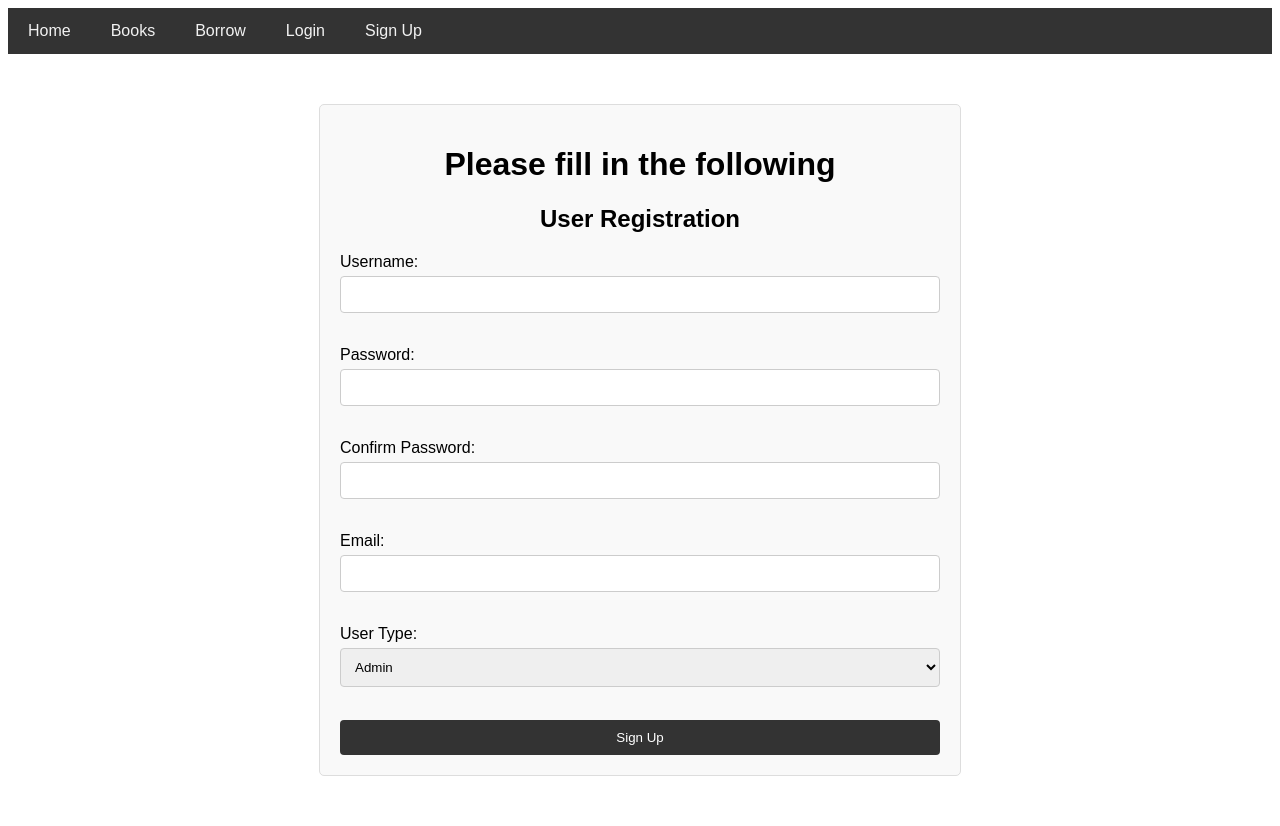
Repository: fadyesk12/Web-Technology-Course-Project
Page: auth/signup.html
These files come from the project's save history. The page is drawn as it stood at one moment and after a run of saves; the edit follows.
The browser window is 1280 px wide. The pictures show the whole page.

Above is the page before, as saved 2024-04-19 02:19:53.

### auth/signup.html
<!DOCTYPE html>
<html>
<head>
  <title>User Registration</title>
  <link rel="stylesheet" href="../Styling/signup.css">
</head>
<body>


  <div id="navbar">
    <a href="../index.html">Home</a>
    <a href="../book_list.html">Books</a>
    <a href="../borrow.html">Borrow</a>
    <a href="../auth/login.html">Login</a>
    <a href="../auth/signup.html">Sign Up</a>
  </div>

  <div class="container">
    <h1>Please fill in the following</h1>
    <h2>User Registration</h2>

    <form>
        <label for="username">Username:</label>
        <input type="text" id="username" name="username" required><br><br>

        <label for="password">Password:</label>
        <input type="password" id="password" name="password" required><br><br>

        <label for="confirmPassword">Confirm Password:</label>
        <input type="password" id="confirmPassword" name="confirmPassword" required><br><br>

        <label for="email">Email:</label>
        <input type="email" id="email" name="email" required><br><br>

        <label for="usertype">User Type:</label>
        <select id="usertype" name="usertype" required>
            <option value="admin">Admin</option>
            <option value="user">User</option>
        </select><br><br>

        <input type="submit" value="Sign Up">
    </form>
  </div>
</body>
</html>

### Styling/signup.css
#navbar {
    overflow: hidden;
    background-color: #333;
  }

  #navbar a {
    float: left;
    display: block;
    color: #f2f2f2;
    text-align: center;
    padding: 14px 20px;
    text-decoration: none;
  }

  #navbar a:hover {
    background-color: #ddd;
    color: black;
  }

  body {
    font-family: Arial, sans-serif;
  }

  .container {
    max-width: 600px;
    margin: 50px auto;
    padding: 20px;
    border: 1px solid #ddd;
    border-radius: 5px;
    background-color: #f9f9f9;
  }

  h1, h2 {
    text-align: center;
  }

  form {
    margin-top: 20px;
  }

  label {
    display: block;
    margin-bottom: 5px;
  }

  input[type="text"],
  input[type="password"],
  input[type="email"],
  select {
    width: 100%;
    padding: 10px;
    margin-bottom: 15px;
    border: 1px solid #ccc;
    border-radius: 4px;
    box-sizing: border-box;
  }

  input[type="submit"] {
    width: 100%;
    background-color: #333;
    color: #fff;
    padding: 10px;
    border: none;
    border-radius: 4px;
    cursor: pointer;
  }

  input[type="submit"]:hover {
    background-color: #555;
  }

After the next 2 saves:
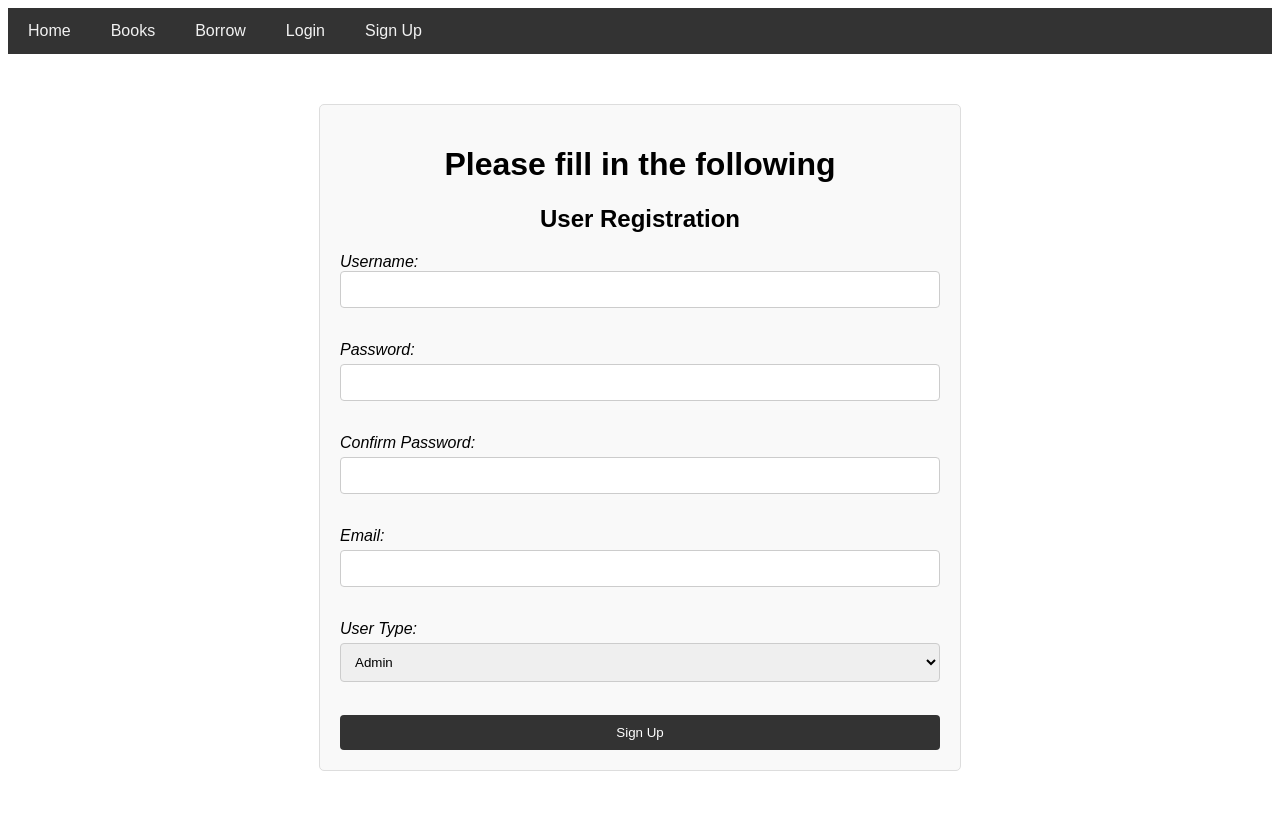
The 2 saves are shown as one change because they came seconds apart.
The last was saved 47 s later.
--- a/auth/signup.html
+++ b/auth/signup.html
@@ -20,6 +20,7 @@
     <h2>User Registration</h2>
 
     <form>
+      <i
         <label for="username">Username:</label>
         <input type="text" id="username" name="username" required><br><br>
 

After the save that followed:
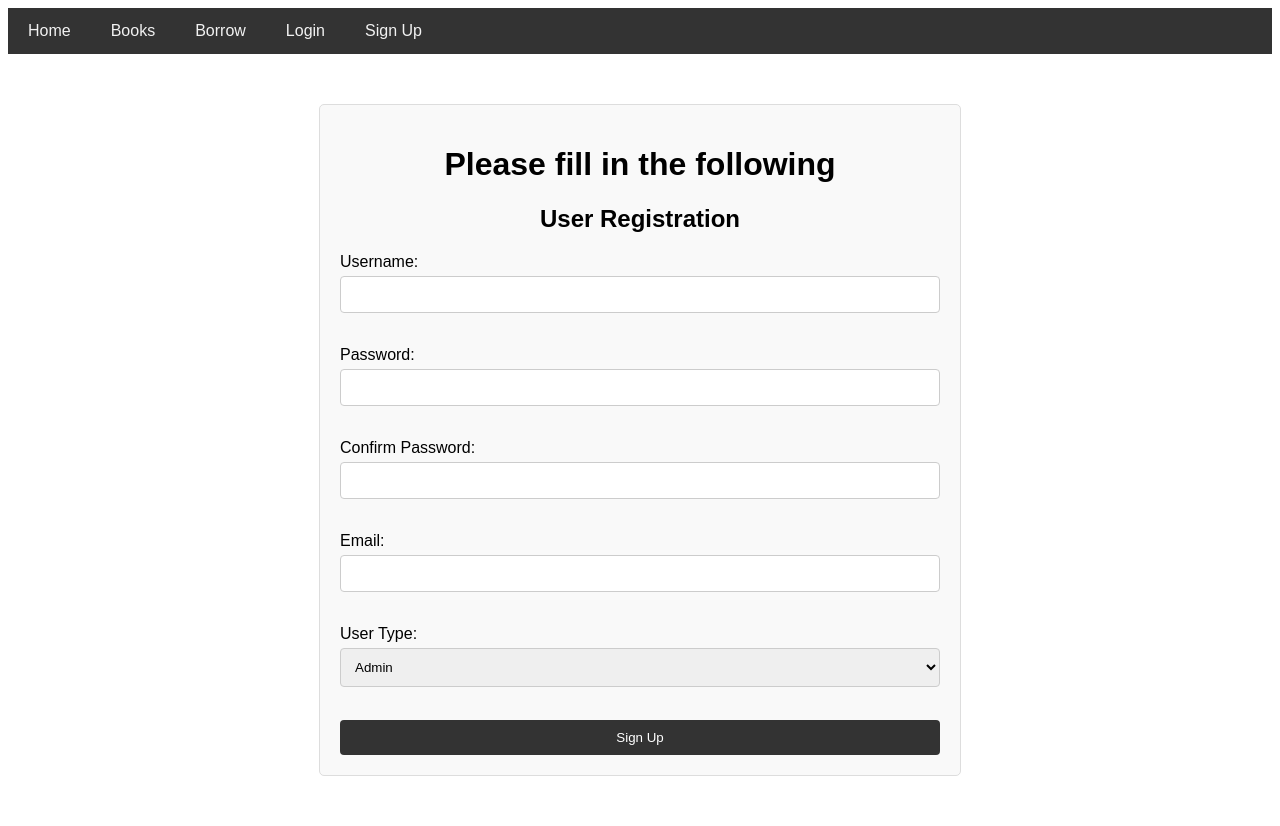
Saved 4 s later.
--- a/auth/signup.html
+++ b/auth/signup.html
@@ -20,7 +20,7 @@
     <h2>User Registration</h2>
 
     <form>
-      <i
+      <div></div>
         <label for="username">Username:</label>
         <input type="text" id="username" name="username" required><br><br>
 
